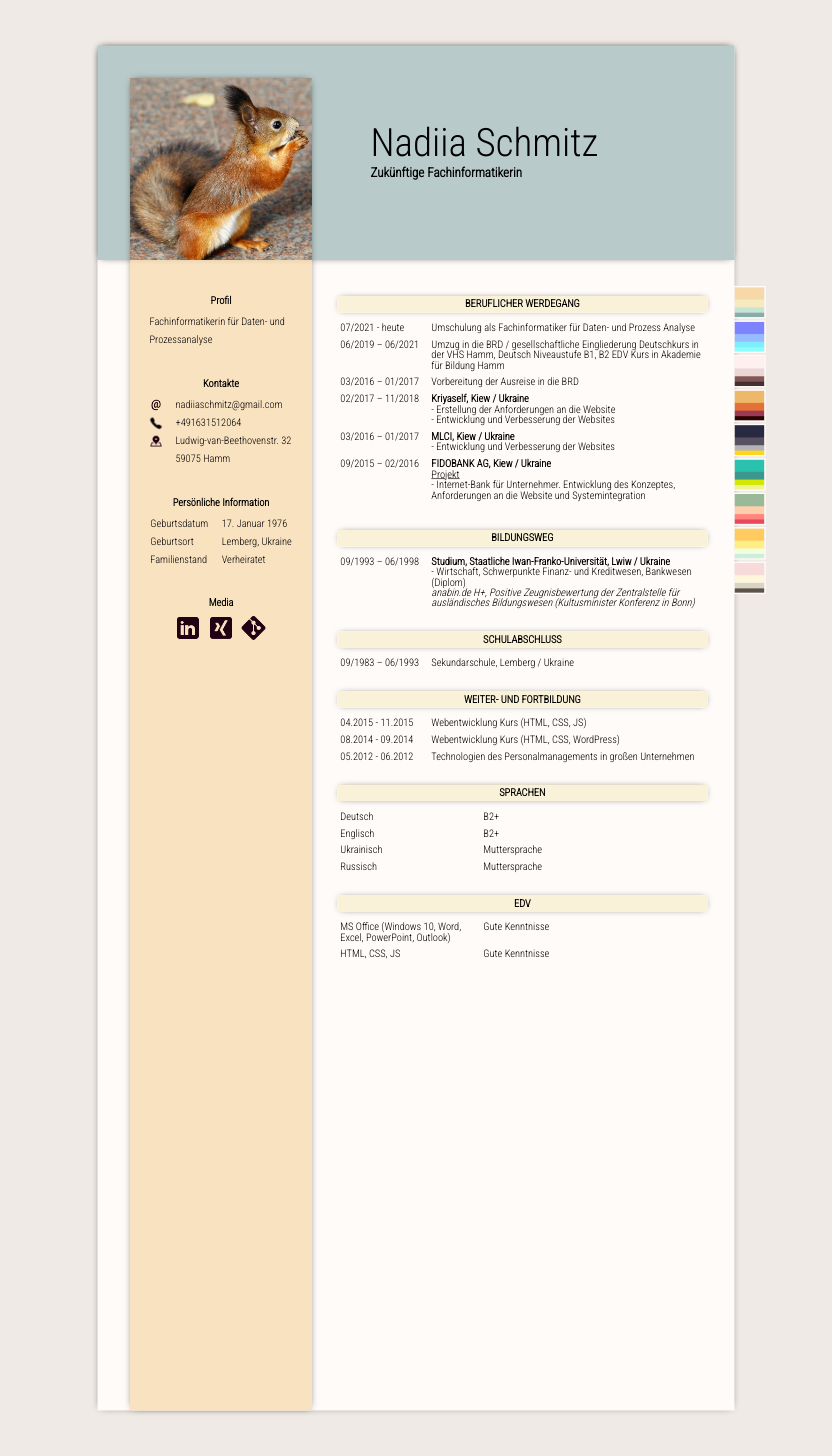
Repository: NadiaSchmitz/lebenslauf.nschmitz.githab.io
Page: index.html
The author's editor kept a record of every edit. The page is drawn from the files as they stood at one moment, then again after the next edit.
The browser window is 1280 px wide. The pictures show the whole page, at 65% of full size.

Above is the page before.

After the next edit:
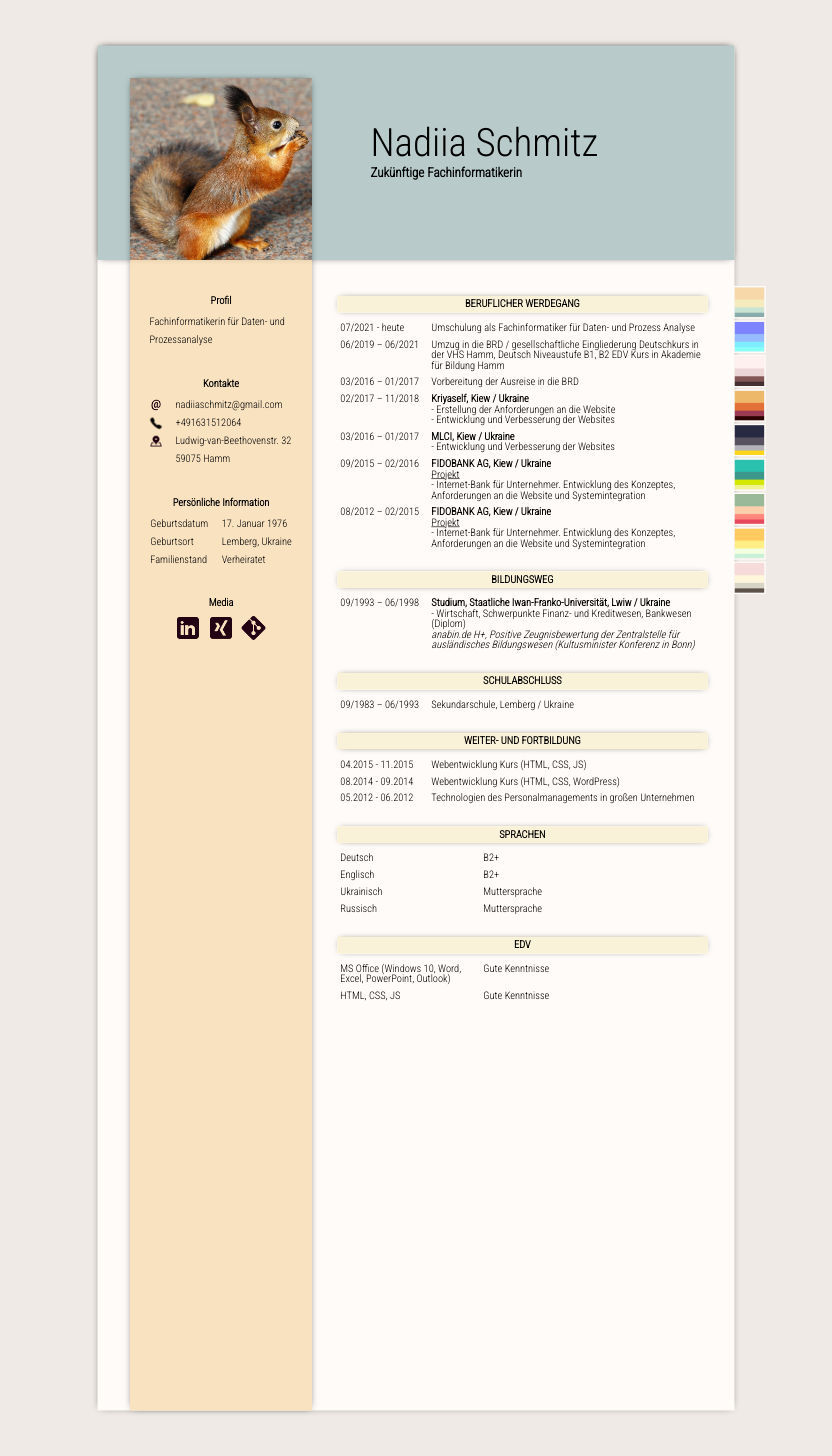
The edit:
--- a/index.html
+++ b/index.html
@@ -149,8 +149,14 @@
                     </td>
                   </tr>
                   <tr>
-                    <td></td>
-                    <td></td>
+                    <td>08/2012 – 02/2015</td>
+                    <td>
+                      <span class="employer">FIDOBANK AG, Kiew / Ukraine</span>
+                      <ul>
+                        <span class="project">Projekt</span>
+                        <li>- Internet-Bank für Unternehmer. Entwicklung des Konzeptes, Anforderungen an die Website und Systemintegration</li>
+                      </ul>
+                    </td>
                   </tr>
                 </table>
               </div>
